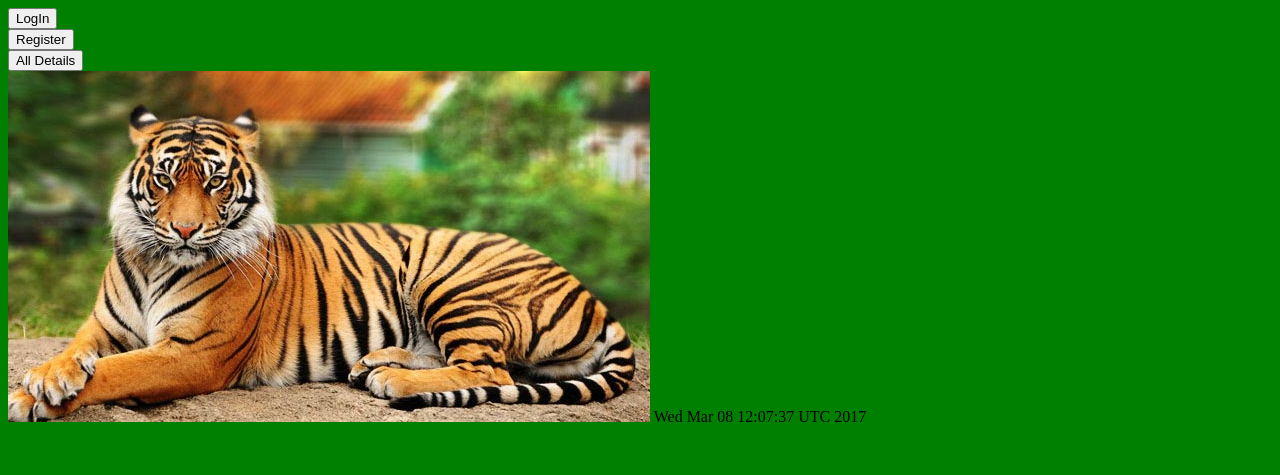
Repository: iamvinayhv/Servlet
Page: http://localhost/EmployeeApp/jsp/welcome.jsp
The author's editor kept a copy of each file at every save. The page is drawn from the files as they stood at one save, then again after the next save.
The browser window is 1280 px wide. The pictures show the whole page.
The page is served by Tomcat 9. Other server files are loaded and not shown.

Above is the page before, as saved 2017-03-09 13:51:42.

### EmployeeApp/WebContent/jsp/welcome.jsp
<%@ page language="java" contentType="text/html; charset=UTF-8" import="java.util.*"
    pageEncoding="UTF-8"%>
<!DOCTYPE html PUBLIC "-//W3C//DTD HTML 4.01 Transitional//EN" "http://www.w3.org/TR/html4/loose.dtd">
<html>
<head>
<meta http-equiv="Content-Type" content="text/html; charset=UTF-8">
<title>Insert title here</title>
</head>
<body bgcolor="green">

<a href="login.jsp">
<input type="submit" value="LogIn"><br/></a>

<a href="register.jsp">
<input align="right" type= "submit" value="Register"></a><br/>

<a href="details.jsp">
<input align="right" type= "submit" value="All Details"></a><br/>

<img alt="logo" src="tiger.jpg">

<% Date d=new Date();%>
<%=d %>
</body>
</html>

After the next save:
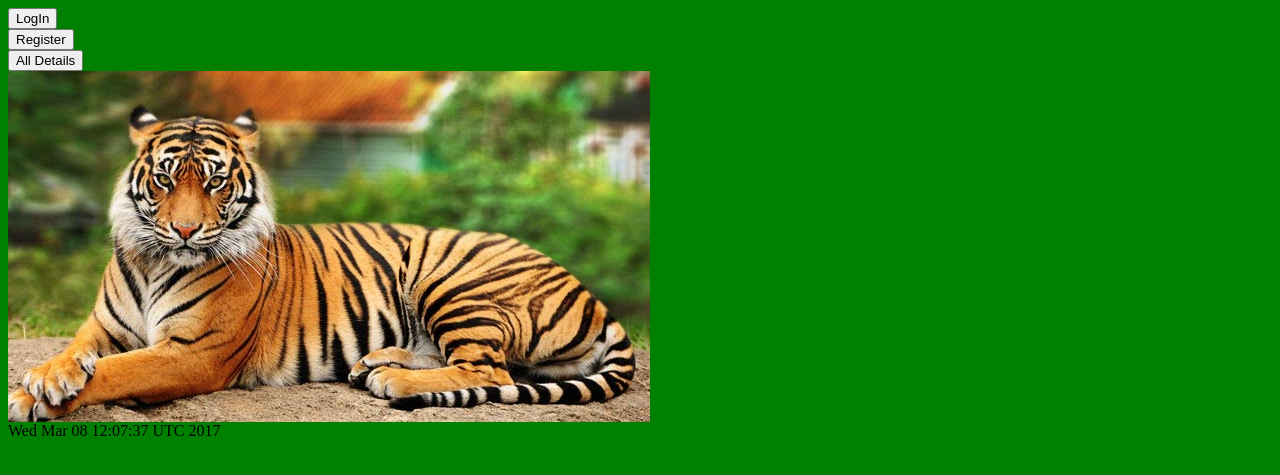
Saved 34 s later.
--- a/EmployeeApp/WebContent/jsp/welcome.jsp
+++ b/EmployeeApp/WebContent/jsp/welcome.jsp
@@ -19,7 +19,7 @@
 
 <img alt="logo" src="tiger.jpg">
 
-<% Date d=new Date();%>
+<% Date d=new Date();%><br/>
 <%=d %>
 </body>
 </html>
